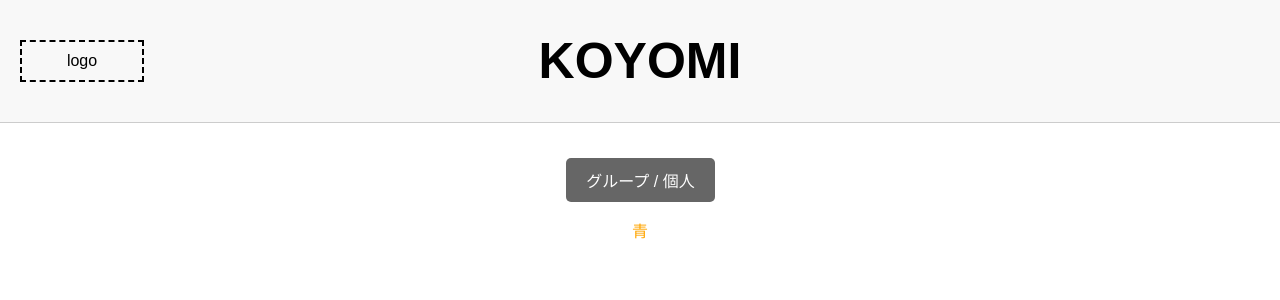
Repository: teramu0602/koyomi
Page: http://localhost/grouplist
These files come from the project's save history. The page is drawn as it stood at one moment and after the next save; the edit follows.
The browser window is 1280 px wide. The pictures show the whole page.
Some web fonts or font styles are not loaded; a fallback is used. The page is served by the project's Laravel application, run on PHP 8.4 with Laravel 9. Style sheets and scripts are compiled from the project's sources, by tool versions that may differ from the author's.

Above is the page before, as saved 2025-02-22 10:13:47.

After the next save:
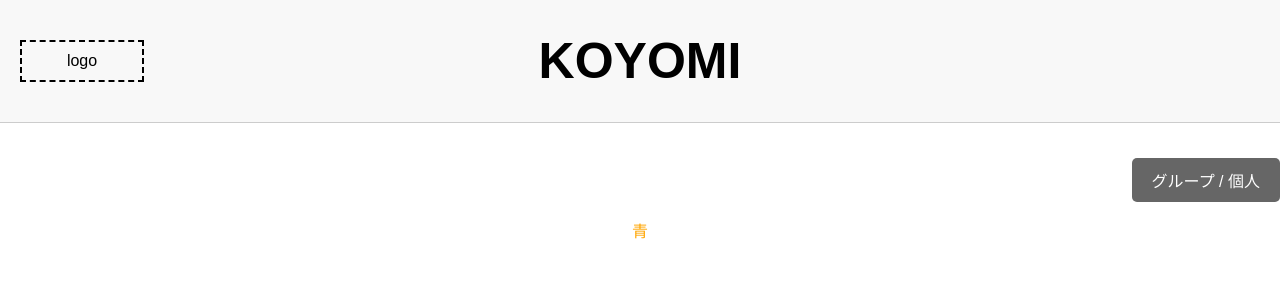
Saved 39 s later.
--- a/public/css/common.admin.css
+++ b/public/css/common.admin.css
@@ -6,7 +6,7 @@ html, body {
 
 .container {
     display: flex;
-    justify-content: center; /* 水平中央に配置 */
+    justify-content: right; /* 水平中央に配置 */
 
 
 }
@@ -18,7 +18,7 @@ button {
     cursor: pointer;
     margin: 0!important;
     margin-top: 35px!important;
-    margin-left: 1px!important;
+    margin-left: px!important;
     font-size: 16px;
 
     display: flex !important;
